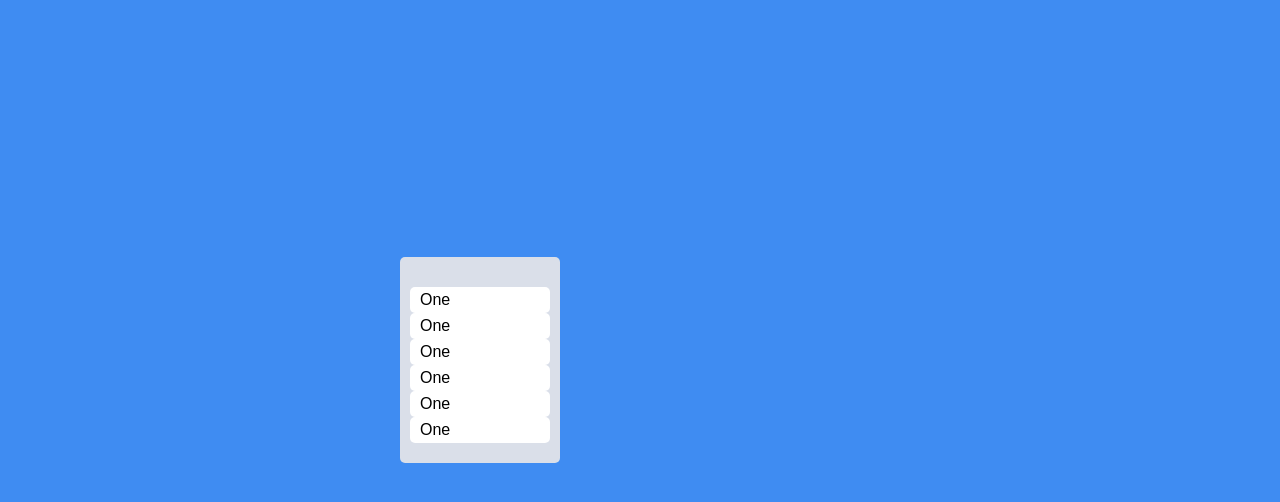
Repository: SeungYn/react-nomad
Page: / (app in trello/)
These files come from the project's save history. The page is drawn as it stood at one moment and after the next save; the edit follows.
The browser window is 1280 px wide. The pictures show the whole page.
The project was rebuilt for these pictures with package versions that can differ from the ones it lists, and the page was loaded fresh each time. Also part of the build but not shown: trello/src/App.css.

Above is the page before, as saved 2023-01-10 23:45:05.

### trello/src/index.tsx
import React from 'react';
import ReactDOM from 'react-dom/client';
import './index.css';
import App from './App';
import { createGlobalStyle, ThemeProvider } from 'styled-components';
import { RecoilRoot } from 'recoil';
import { darkTheme } from './theme';

const GlobalStyle = createGlobalStyle`
  @import url('https://fonts.googleapis.com/css2?family=Source+Sans+Pro:wght@300;400&display=swap');
  html, body, div, span, applet, object, iframe,
h1, h2, h3, h4, h5, h6, p, blockquote, pre,
a, abbr, acronym, address, big, cite, code,
del, dfn, em, img, ins, kbd, q, s, samp,
small, strike, strong, sub, sup, tt, var,
b, u, i, center,
dl, dt, dd, menu, ol, ul, li,
fieldset, form, label, legend,
table, caption, tbody, tfoot, thead, tr, th, td,
article, aside, canvas, details, embed,
figure, figcaption, footer, header, hgroup,
main, menu, nav, output, ruby, section, summary,
time, mark, audio, video {
  margin: 0;
  padding: 0;
  border: 0;
  font-size: 100%;
  font: inherit;
  vertical-align: baseline;
}
/* HTML5 display-role reset for older browsers */
article, aside, details, figcaption, figure,
footer, header, hgroup, main, menu, nav, section {
  display: block;
}
/* HTML5 hidden-attribute fix for newer browsers */
*[hidden] {
    display: none;
}
body {
  line-height: 1;
}
menu, ol, ul {
  list-style: none;
}
ul{
  text-decoration: none;
  list-style: none;
}
blockquote, q {
  quotes: none;
}
blockquote:before, blockquote:after,
q:before, q:after {
  content: '';
  content: none;
}
table {
  border-collapse: collapse;
  border-spacing: 0;
}

*{
  box-sizing: border-box;
}

body {
  font-family: 'Source Sans Pro', sans-serif;
  background-color: ${(props) => {
    return props.theme?.bgColor;
  }};
  color:black;
}

a{
  text-decoration:none;
  color:inherit;
}
`;

const root = ReactDOM.createRoot(
  document.getElementById('root') as HTMLElement
);
root.render(
  <RecoilRoot>
    <ThemeProvider theme={darkTheme}>
      <GlobalStyle />
      <App />
    </ThemeProvider>
  </RecoilRoot>
);

### trello/src/App.tsx
import React from 'react';
import logo from './logo.svg';
import './App.css';
import { DragDropContext, Draggable, Droppable } from 'react-beautiful-dnd';
import styled from 'styled-components';

const Wrapper = styled.div`
  display: flex;
  max-width: 480px;
  width: 100%;
  margin: 0 auto;
  justify-content: center;
  align-items: center;
  height: 100vh;
`;

const Board = styled.div`
  padding: 20px 10px;
  padding-top: 30px;
  background-color: ${(props) => props.theme.boardColor};
  border-radius: 5px;
  min-height: 200px;
`;

const Boards = styled.div`
  display: grid;
  width: 100%;
  grid-template-columns: repeat(3, 1fr);
`;

const Card = styled.div`
  border-radius: 5px;
  padding: 5px 10px;
  background-color: ${(props) => props.theme.cardColor};
`;

const toDos = ['a', 'b', 'c', 'd', 'e', 'f'];

function App() {
  const onDragEnd = () => {};
  return (
    <DragDropContext onDragEnd={onDragEnd}>
      <Wrapper>
        <Boards>
          <Droppable droppableId='one'>
            {(magic) => {
              console.log(magic);
              return (
                <Board ref={magic.innerRef} {...magic.droppableProps}>
                  {toDos.map((todo) => (
                    <Draggable draggableId='first' index={0}>
                      {(magic) => (
                        <Card
                          ref={magic.innerRef}
                          {...magic.draggableProps}
                          {...magic.dragHandleProps}
                        >
                          One
                        </Card>
                      )}
                    </Draggable>
                  ))}
                </Board>
              );
            }}
          </Droppable>
        </Boards>
      </Wrapper>
    </DragDropContext>
  );
}

export default App;

### trello/src/theme.ts
import { DefaultTheme } from 'styled-components';

export const darkTheme: DefaultTheme = {
  bgColor: '#3F8CF2',
  cardColor: 'white',
  boardColor: '#DADFE9',
};

Loaded but not shown: trello/public/index.html (common file); trello/src/index.css (common file)

After the next save:
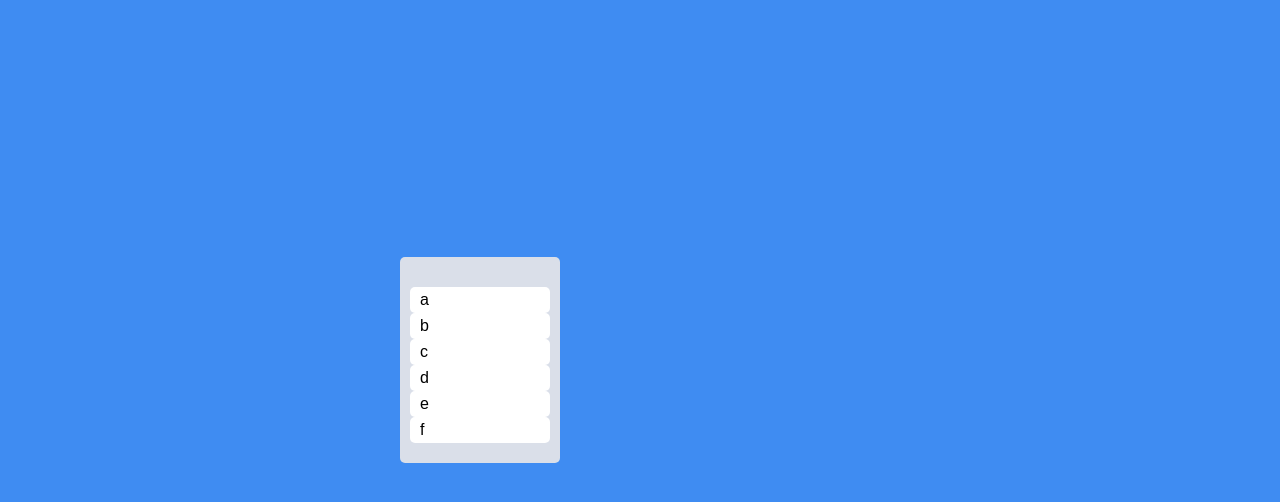
Saved 13 s later.
--- a/trello/src/App.tsx
+++ b/trello/src/App.tsx
@@ -55,7 +55,7 @@ function App() {
                           {...magic.draggableProps}
                           {...magic.dragHandleProps}
                         >
-                          One
+                          {todo}
                         </Card>
                       )}
                     </Draggable>
